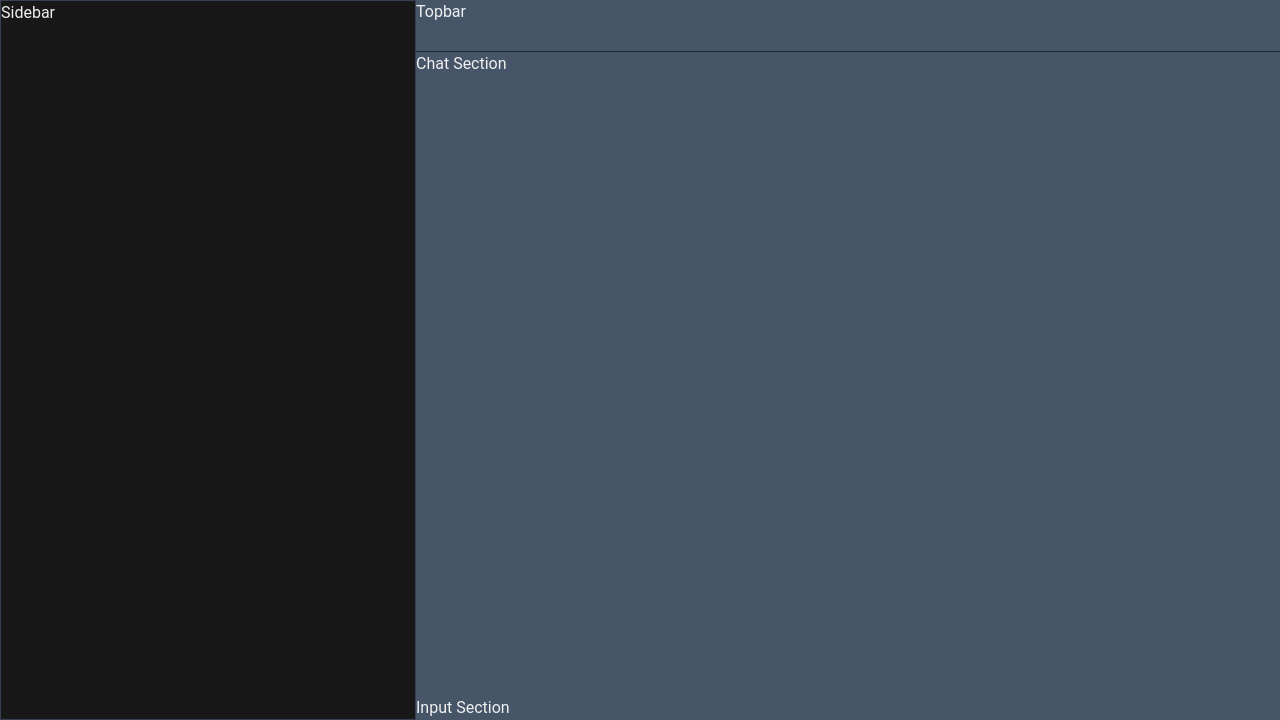
Repository: Qu4ntumGuy/telegram-clone
Page: /
An editor plug-in stored every save of this project. The page is shown before and after the next save, followed by the edit.
The browser window is 1280 px wide. The pictures show the whole page.
The project was rebuilt for these pictures with package versions that can differ from the ones it lists, and the page was loaded fresh each time. Also part of the build but not shown: src/Utils/ContextProvider.js.

Above is the page before, as saved 2024-07-15 11:24:00.

### src/index.css
@tailwind base;
@tailwind components;
@tailwind utilities;

:root {
  font-family: "Roboto", sans-serif;
  color-scheme: light;
  body {
    @apply bg-[#181818] text-[#f0f0f0];
  }
}
/*
:root {
  @apply bg-[#181818];
} */

### src/App.js
import { Routes, BowserRouter, Route } from "react-router-dom";
import Sidebar from "./Components/Sidebar";
import Home from "./Pages/Home/Home";

function App() {
  return (
    <div className="flex max-w-[105rem] mx-auto">
      <Sidebar />

      <Home />
    </div>
  );
}

export default App;

### src/Components/Sidebar.js
import React from "react";
import { useComponentContext } from "../Utils/ContextProvider";

function Sidebar() {
  const context = useComponentContext();
  return (
    <div className="min-w-[26rem] border border-gray-700 h-screen">Sidebar</div>
  );
}

export default Sidebar;

### src/Pages/Home/Home.js
import React from "react";
import backgroundImage from "../../Assets/pattern.png";

function Home() {
  const image =
    'https://telegram.org/js/telegram-widget.js?22" data-telegram-post="defaultwallpapers/151" data-width="100%';

  //   const divStyle = {
  //     width: "100%",
  //     height: "100vh", // Adjust the height as needed
  //     backgroundImage: `url(${backgroundImage})`,
  //     backgroundSize: "cover", // Ensures the image covers the entire div
  //     backgroundPosition: "center", // Centers the image
  //   };
  return (
    <div
      className="flex flex-col justify-center bg-contain bg-center h-screen bg-slate-600 w-full "
      style={{ backgroundImage: `url(${image})` }}
    >
      <div className="top-0 mb-auto h-14 border-b border-gray-800">Topbar</div>
      <div className="flex flex-col h-full">
        <div className="top-0">Chat Section</div>
        <div className="bottom-0 mt-auto">Input Section</div>
      </div>
    </div>
  );
}

export default Home;

Loaded but not shown: public/index.html (common file); src/index.js (common file); src/reportWebVitals.js (common file); tailwind.config.js (common file)

After the next save:
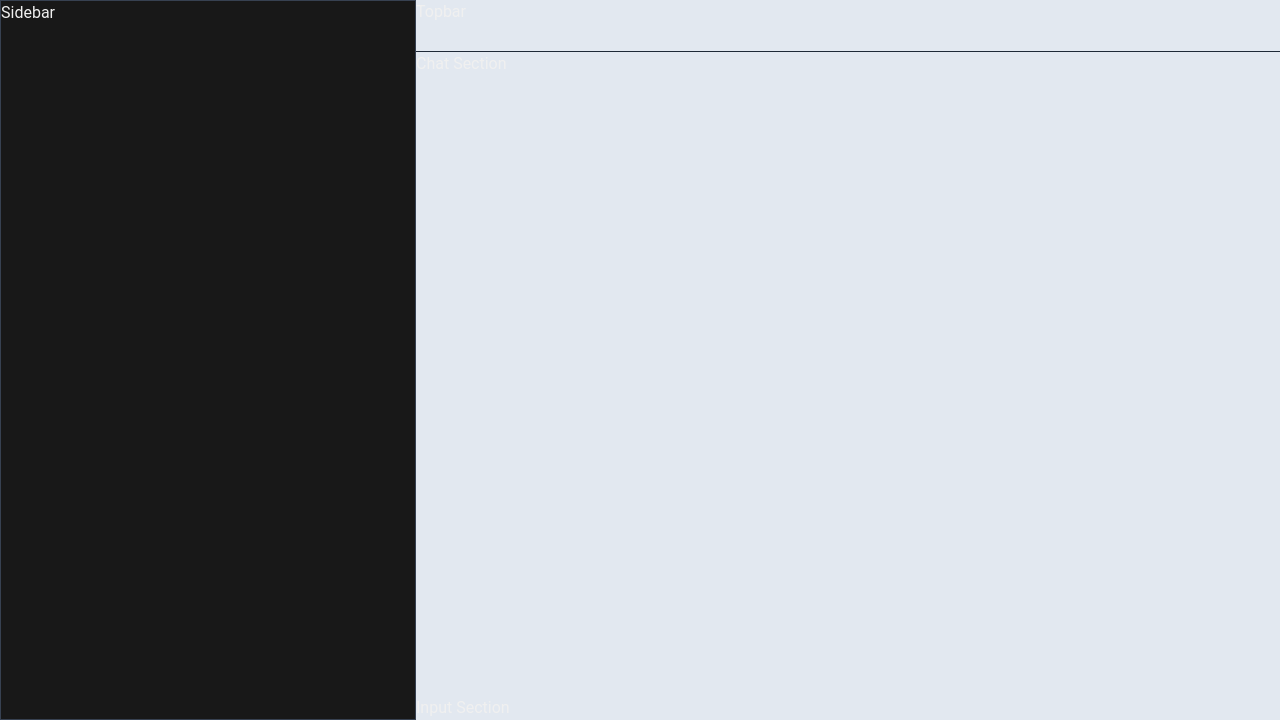
Saved 7 s later.
--- a/src/Pages/Home/Home.js
+++ b/src/Pages/Home/Home.js
@@ -14,7 +14,7 @@ function Home() {
   //   };
   return (
     <div
-      className="flex flex-col justify-center bg-contain bg-center h-screen bg-slate-600 w-full "
+      className="flex flex-col justify-center bg-contain bg-center h-screen bg-slate-200 w-full "
       style={{ backgroundImage: `url(${image})` }}
     >
       <div className="top-0 mb-auto h-14 border-b border-gray-800">Topbar</div>
